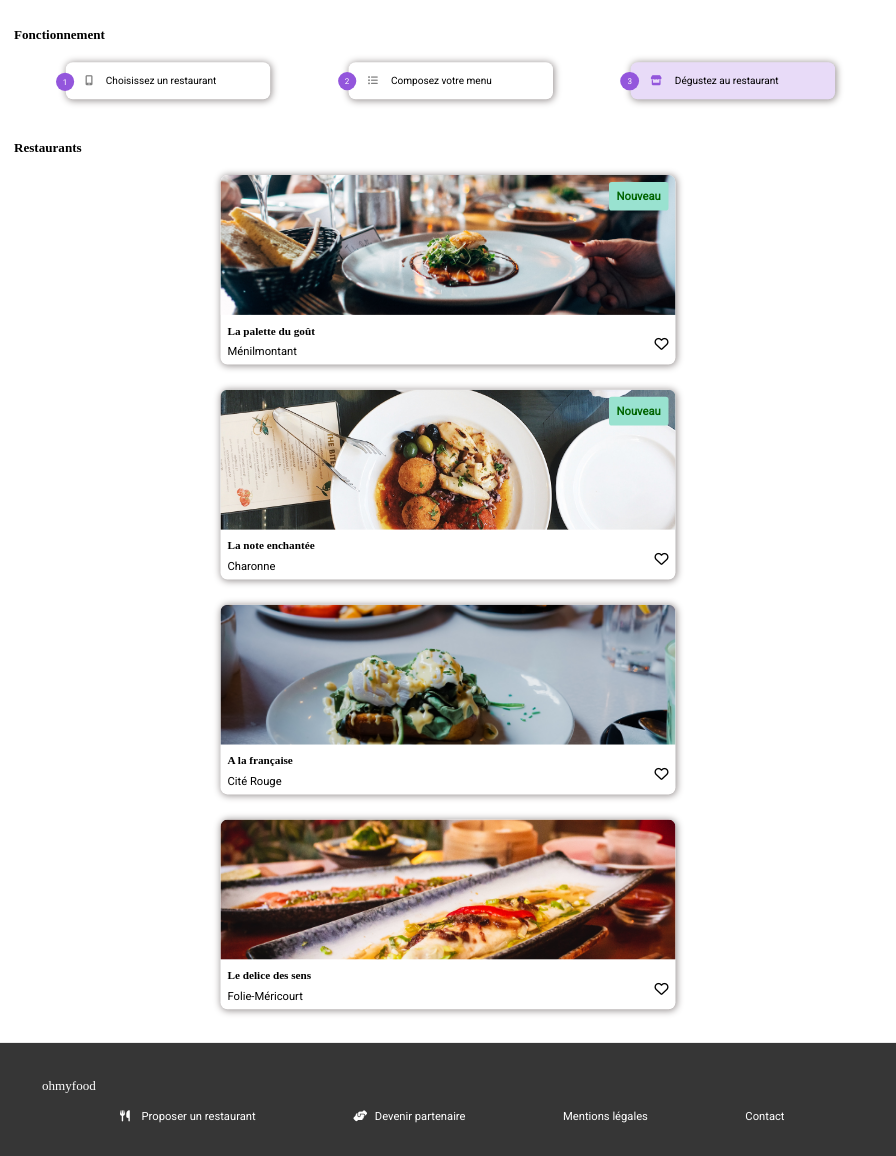
Repository: Micka-17/boimickael_3_16042021
Page: index.html
These files come from the project's save history. The page is drawn as it stood at one moment and after the next save; the edit follows.
The browser window is 1280 px wide. The pictures show the part of the page from y = 367 to 2287 px (the page is 2018 px tall before and 2618 px after), at 70% of full size.
Some web fonts or font styles are not loaded; a fallback is used. Some web libraries are served in a nearby version. The style sheet was rebuilt from its Sass, Less or Tailwind sources for each picture, by a compiler version that may differ from the author's.

Above is the page before, as saved 2021-05-26 10:10:07.

### index.html
<!DOCTYPE html>
<html lang="en">
  <head>
    <meta charset="UTF-8" />
    <meta http-equiv="X-UA-Compatible" content="IE=edge" />
    <meta name="viewport" content="width=device-width, initial-scale=1.0" />
    <link rel="stylesheet" href="css/style.css" />
    <script
      src="https://kit.fontawesome.com/7f2b024bdc.js"
      crossorigin="anonymous"
    ></script>
    <title>OhMyFood</title>
  </head>
  <body>
    <div id="backgroundloader">
      <div id="loader"></div>
    </div>
    <header>
      <div id="logo">
        <img src="images/logo/ohmyfood@2x.svg" alt="OhMyFood" />
      </div>
    </header>
    <section id="sec-1">
      <div id="top">
        <div id="paris">
          <p><i class="fas fa-map-marker-alt icon"></i> Paris, Belleville</p>
        </div>
        <div id="reservation">
          <h2 id="center-top1">Réservez le menu qui vous convient</h2>
          <p id="center-top2">
            Découvrez des restaurants d'exception, séléctionnés par nos soins.
          </p>
          <a id="btn" href="#sec-3">Explorer nos restaurants</a>
        </div>
      </div>
    </section>
    <section id="sec-2">
      <div class="fonctionnement">
        <h3 class="h3s">Fonctionnement</h3>
        <ul class="bolder">
          <li>
            <i class="fas fa-mobile-alt icon-top"></i> Choisissez un restaurant
            <p id="number1">1</p>
          </li>
          <li>
            <i class="fas fa-list-ul icon-top"></i> Composez votre menu
            <p id="number2">2</p>
          </li>
          <li id="li-3">
            <i class="fas fa-store icon-top-purple"></i> Dégustez au restaurant
            <p id="number3">3</p>
          </li>
        </ul>
      </div>
    </section>
    <section id="sec-3">
      <h3 class="h3s">Restaurants</h3>
      <div class="choice">
        <a href="pages/la_palette_du_gout.html">
          <div class="card">
            <p class="nouveau">Nouveau</p>
            <img
              id="new"
              class="imga"
              src="images/restaurants/la_palette_du_gout.jpg"
              alt="la_palette_du_gout"
            />
            <div class="resto">
              <div>
                <h4>La palette du goût</h4>
                <p class="space">Ménilmontant</p>
              </div>
              <div class="loveclcik">
                <i class="far fa-heart love fa-lg"></i>
                <i class="fas fa-heart loves3"></i>
              </div>
            </div>
          </div>
        </a>
        <a href="pages/la_note_enchantee.html">
          <div class="card">
            <p class="nouveau">Nouveau</p>
            <img
              class="imga"
              src="images/restaurants/la_note_enchantee.jpg"
              alt="la_note_enchantee"
            />
            <div class="resto">
              <div>
                <h4>La note enchantée</h4>
                <p class="space">Charonne</p>
              </div>
              <div class="loveclcik">
                <i class="far fa-heart love fa-lg"></i>
                <i class="fas fa-heart loves3"></i>
              </div>
            </div>
          </div>
        </a>
        <a href="pages/a_la_francaise.html">
          <div class="card">
            <img
              class="imga"
              src="images/restaurants/a_la_française.jpg"
              alt="a_la_française"
            />
            <div class="resto">
              <div>
                <h4>A la française</h4>
                <p class="space">Cité Rouge</p>
              </div>
              <div class="loveclcik">
                <i class="far fa-heart love fa-lg"></i>
                <i class="fas fa-heart loves3"></i>
              </div>
            </div>
          </div>
        </a>
        <a href="pages/le_delice_des_sens.html">
          <div class="card">
            <img
              class="imga"
              src="images/restaurants/le_delice_des_sens.jpg"
              alt="le_delice_des_sens"
            />
            <div class="resto">
              <div>
                <h4>Le delice des sens</h4>
                <p class="space">Folie-Méricourt</p>
              </div>
              <div class="loveclcik">
                <i class="far fa-heart love fa-lg"></i>
                <i class="fas fa-heart loves3"></i>
              </div>
            </div>
          </div>
        </a>
      </div>
    </section>
    <section class="end">
      <footer>
        <div>
          <h3 id="logo-white">ohmyfood</h3>
          <div class="end-ul">
            <p>
              <i class="fas fa-utensils icon-footer"></i> Proposer un restaurant
            </p>
            <p>
              <i class="fas fa-hands-helping icon-footer"></i> Devenir
              partenaire
            </p>
            <p>Mentions légales</p>
            <a id="contact" href="mailto:contact@ohmyfood.com"
              ><p>Contact</p></a
            >
          </div>
        </div>
      </footer>
    </section>
  </body>
</html>

### sass/style.scss
@import "./directories/Utils/variables-mixin";
@import "./directories/Base/main.scss";



ul {
    font-family: 'Roboto', sans-serif;
    font-size: 0.9em;
    @media (min-width: 430px) {
        max-width: 450px;
    }
        @media (min-width: 1000px) {
            display: flex;
            min-width: 100%;
            justify-content: space-evenly;
        }
}

/*#backgroundloader {
    position: absolute;
    top: 0;
    left: 0;
    background-color: $color3;
    min-width: 100%;
    height: 100vh;
    animation: loader2 3s;
    animation-fill-mode: both;
    animation-timing-function: step-end;
  }
#loader {
    position: absolute;
    height: 70px;
    top: 50%;
    right: 50%;
    bottom: 50%;
    left: 50%;
    width: 64px;
    height: 64px;
    border-radius: 50%;
    border: 6px solid rgb(255, 255, 255);
    border-color: $color1 transparent $color2 transparent;
    animation: dual-ring 0.8s infinite, loader 3s;
    animation-delay: 0.2s;
    animation-fill-mode: both;
  }
*/
#contact {
    color: white;
}

.spacediv p {
    font-family: 'Roboto', sans-serif;
    text-overflow: ellipsis;
    overflow: hidden;
    white-space: nowrap;
}

#logo {
    display: flex;
    justify-content: center;
    margin-top: 20px;
    margin-bottom: 10px;
}

#paris {
    display: flex;
    justify-content: center;
    border-top: solid 3px rgba(128, 128, 128, 0.301);
    min-width: 321px;
    padding-top: 10px;
    padding-bottom: 10px;
    background-color: rgba(128, 128, 128, 0.212);
        .icon {
            margin-right: 10px;
        }
}

#reservation {
    display: flex;
    justify-content: center;
    flex-direction: column;
    place-items: center;
    background-color: rgb(238, 234, 234);
    padding-bottom: 45px;
        #btn {
            @include btn();
                &:hover {
                    filter: brightness(1.10);
                    box-shadow: 0px 0px 10px 5px gray;
                }
        }
}

#center-top1 {
    text-align: center;
    margin-top: 20px;
    max-width: 350px;
}

#center-top2 {
    margin-top: 20px;
    margin-bottom: 20px;
    text-align: center;
    max-width: 350px;
}


.icon-top {
    color: gray;
    margin-right: 15px;
    margin-left: 10px;
}

.icon-top-purple {
    color: $color1;
    margin-right: 15px;
    margin-left: 10px;
}

#li-3 {
    background-color: #9256dc36;
}

li { position: relative;
    background-color: #ffffff;
    border-radius: 10px;
    padding: 18px;
    margin: 18px;
    margin-left: 25px;
    box-shadow: 1px 1px 10px 1px rgb(151, 145, 145);
    min-width: 20%;
        #number1 {
            position: absolute;
            top: 15px;
            left: -14px;
            background-color: $color1;
            border-radius: 50px;
            padding: 6px 10px;
            font-size: 0.8em;
            color: white;
        }
            #number2 {
                position: absolute;
                top: 14px;
                left: -15px;
                background-color: $color1;
                border-radius: 50px;
                padding: 6px 10px;
                font-size: 0.8em;
                color: white;
            }
                #number3 {
                    position: absolute;
                    top: 14px;
                    left: -15px;
                    background-color: $color1;
                    border-radius: 50px;
                    padding: 6px 10px;
                    font-size: 0.8em;
                    color: white;
                }
}
.space {
    margin-top: 10px;
    margin-bottom: 10px;
}
.card {
    background-color: #ffffff;
    border-radius: 10px;
    padding: 0px;
    margin: 18px;
    box-shadow: 1px 1px 10px 1px rgb(151, 145, 145);
    max-width: 100%;
}
.imga {
    object-fit: cover;
    border-radius: 10px 10px 0px 0px;
    width: 650px;
    height: 350px;
        @media (max-width:900px) {
            max-width: 100%;
        }
            @media (max-width:500px) {
                max-width: 100%;

            }
                @media (min-width:320px) {
                    max-height: 200px;

                }
}
.card {
    position: relative;
}
.nouveau {
    position: absolute;
    padding: 0.7rem;
    border-radius: 0.25rem;
    color: darkgreen;
    font-weight: bold;
    right: 10px;
    top: 10px;
    background-color: #99e2d0;
}

.h3s {
    margin: 40px 0px 10px 20px;

}

.choice {
    display: flex;
    flex-direction: column;
    place-items: center;
    flex-wrap: wrap;
        .resto {
            display: flex;
            justify-content: space-between;
            align-items: center;
            margin: 10px;
        }
            @media (min-width: 630px) {
                flex-wrap: wrap;
                flex-direction: row;
                justify-content: center;
            }
                @media (min-width: 1350px) {
                    display: grid;
                    grid-template-rows: 50% 50%;
                    grid-template-columns: 50% 50%;
                }
}


footer {
    margin-top: 30px;
    padding: 10px;
    background-color: rgb(54, 54, 54);
    color: white;
        #logo-white {
            font-family: 'Shrikhand', cursive;
            font-weight: 300;
            margin-bottom: 15px;
            margin-left: 20px;
            margin-top: 10px;
        }
            li {
                background-color: transparent;
                border-radius: 0;
                padding: 5px;
                margin-left: 20px;
                box-shadow: none;
                display: flex;
                margin-top: 5px;
                margin-bottom: 5px;
            }
                .icon-footer {
                    max-width: 2px;
                    max-height: 2px;
                    margin-right: 25px;
                }
                    @media (min-width:1000px) {
                        padding: 40px;
                    }
}


//pages 2

.img-top {
    min-width: 100%;
    max-height: 510px;
}

.arrow {
    position: absolute;
    left: 20px;
    top: 30px;
    color: rgba(0, 0, 0, 0.801);
}
#margtitle {
    margin-left: 15px;
    max-width: 220px;
}
img {
    object-fit: cover;
}
.titlemargall {
    margin-top: 30px;
    margin-left: 15px;
    border-bottom: solid rgba(55, 224, 55, 0.541);
    max-width: 30px;
}
#middle {
    position: absolute;
    top: 240px;
    min-width: 100%;
    min-height: 980px;
    background-color: rgb(231, 229, 229);
    border-radius: 20px 20px 0px 0;
    padding-top: 30px;
     .entrees {
        @include centre();
        @include capsule();
     }
        .bold {
            font-weight: bold;
            font-size: 1em;
        }
        .bolder {
            font-weight: bold;
            font-size: 0.6m;
                @media (min-width: 1000px) {
                    margin: 15px;
                }
        }
            p {
                font-size: 0.7em;
            }
                .loves1 {
                    position: absolute;
                    right: 15px;
                    color: gray
                }
}

.loves2 {
    display: none;
    opacity: 0;
    background: linear-gradient(0deg,#9356dc,#ff79da);
    background-clip: text;
    -webkit-background-clip: text;
    -moz-background-clip: text;
    -webkit-text-fill-color: transparent;
    position: absolute;
    right: 15px;
}
#margtitle:hover .loves2 {
    animation: fadeout;
    opacity: 1;
    animation-duration: .5s;
    display: inline-block;
    justify-content: center;
}

.loves3 {
    display: none;
    opacity: 0;
    background: linear-gradient(0deg,#9356dc,#ff79da);
    background-clip: text;
    -webkit-background-clip: text;
    -moz-background-clip: text;
    -webkit-text-fill-color: transparent;
    position: absolute;
    right: 9px;
    bottom: 18px;
}
.loveclcik:hover .loves3 {
    animation: fadeout2;
    opacity: 1;
    animation-duration: .5s;
    display: inline-block;
    justify-content: center;
    font-size: 1.5em;
}

#entrees {
    animation: slideup 1s;
    animation-duration: 1s;
}
#plats {
    animation: slideup 1s;
    animation-duration: 5s;
}
#desserts {
    animation: slideup 1s;
    animation-duration: 8s;
}


.entrees, .plats, .desserts {
    cursor: pointer;
        @media (max-width:321px) {
            width: 300px;
        }
        @media (max-width:378px) {
            max-width: 100%;
        }
        @media (max-width:414px) {
            max-width: 100%;
        }
        @media (min-width: 1000px) {
            min-width: 30%;
            min-height: 90px;
            width: 100%;
        }
}

.spacediv {
    width: 100%;
    overflow: hidden;
    @include spacediv();
        @media (min-width: 1000px) {
            justify-content: space-evenly;
        }
}
.plats {
    @include capsule();
    @include centre();
}
.desserts {
    @include capsule();
    @include centre();
}

.responsive {
    @media (min-width: 1000px) {
        display: flex;
        justify-content: center;
    }
}

.responsive-entrees {
    @media (min-width: 1000px) {
        display: flex;
        justify-content: center;
        flex-wrap: wrap;
    }
}

#btnp2 {
    @include btn();
    margin-top: 40px;
        &:hover {
            filter: brightness(1.10);
            box-shadow: 0px 0px 10px 5px gray;
        }
         @media (min-width: 1000px) {
            margin-top: 150px;
         }
}

#placement-btn {
    display: flex;
    justify-content: center;
    place-items: center;
}

.end1 {
    position: absolute;
    top: 1151px;
    min-width: 100%;
}

.end {
    position: absolute;
    min-width: 100%;
}

.end-ul {
        @media (min-width: 430px) {
        max-width: 450px;
    }
        @media (min-width: 1000px) {
            display: flex;
            min-width: 100%;
            flex-direction: row;
            justify-content: space-evenly;
        }
}

.end-ul p {
    margin: 8px;
    margin-left: 20px;
}

//page la note enchantee

 .align-price{
    display: flex;
    align-items: flex-end;
    margin-bottom: 8px;
    margin-right: 8px;
}

.check {
    width: 0px;
    transition-duration: 1s;
    font-size: 1.5em;
     & i {
        display: none;
        place-items: center;
        color: white;
     }
}

.entrees:hover .check {
    width: 90px;
    height: 51px;
    background-color: $color3;
    display: flex;
    justify-content: center;
    border-radius: 0 20% 20% 0;
        @media (max-width: 1000px) {
            width: 65px;
        }
            & .rotation {
                display: flex;
                place-items: center;
            }
                & .rond {
                    display: flex;
                    place-items: center;
                    transform-origin: center;
                    animation: spin;
                    animation-duration: 1s;
                }
                    @media (min-width: 1000px) {
                        height: 90px;
                        border-radius: 0 10% 10% 0;
                    }
}


.plats:hover .check {
    width: 90px;
    height: 51px;
    background-color: $color3;
    display: flex;
    justify-content: center;
    border-radius: 0 20% 20% 0;
        @media (max-width: 1000px) {
            width: 65px;
        }
            & .rotation {
                display: flex;
                place-items: center;
            }
                & .rond {
                    display: flex;
                    place-items: center;
                    transform-origin: center;
                    animation: spin;
                    animation-duration: 1s;
                }
                    @media (min-width: 1000px) {
                        height: 90px;
                        border-radius: 0 10% 10% 0;
                    }
}

.desserts:hover .check {
    width: 90px;
    height: 51px;
    background-color: $color3;
    display: flex;
    justify-content: center;
    border-radius: 0 20% 20% 0;
        @media (max-width: 1000px) {
            width: 65px;
        }
            & .rotation {
                display: flex;
                place-items: center;
            }
                & .rond {
                    display: flex;
                    place-items: center;
                    transform-origin: center;
                    animation: spin;
                    animation-duration: 1s;
                }
                    @media (min-width: 1000px) {
                        height: 90px;
                        border-radius: 0 10% 10% 0;
                    }
}

### sass/directories/Utils/_variables-mixin.scss
$color1: #9356DC;
$color2: #FF79DA;
$color3: #99E2D0;

@mixin centre {
    display: flex;
    justify-content: space-between;
}

@mixin capsule {
    background-color: whitesmoke;
    border-radius: 10px;
    box-shadow: 1px 1px 10px 1px rgb(226, 226, 226);
    margin: 10px;
    overflow: hidden;
}
 @mixin spacediv {
    min-height: 35px;
    display: flex;
    flex-direction: column;
    justify-content: space-between;
    padding: 8px;
 }
@mixin btn {
    background: linear-gradient($color2, $color1);
    border-radius: 50px;
    border: none;
    box-shadow: gray;
    color: white;
    font-weight: bold;
    max-width: 200px;
    min-width: 200px;
    margin-top: 15px;
    padding: 15px 10px;
    text-align: center;
    text-decoration: none
}

@keyframes fadein {
    from {
        transform: scaleX(0);
    }

    to {
        transform: scaleX(1);
    }
}

@keyframes fadeout {
    from {
        transform: scaleY(0);
    }

    to {
        transform: scaleY(1);
    }
}
@keyframes fadeout2 {
    from {
        transform: scale(0);
    }

    to {
        transform: scale(1.5);
    }
}

@keyframes spin {
    from {
        transform: rotate(0deg);
    } to {
        transform: rotate(360deg);
    }
}

@keyframes slideup {
    from {
        transform: translateY(50px);
        opacity: 0;
    }
    to {
        transform: translateY(0px);
        opacity: 1;
    }
}


 @keyframes dual-ring {
    0% {
      transform: rotate(0deg);
      opacity: 100%;
    }
    50% {
        transform: rotate(180deg);
        opacity: 10%;
      }
    100% {
      transform: rotate(360deg);
      opacity: 100%;
    }
  }

@keyframes loader {
    0% {
    opacity: 100%;
    }
    99% {
        opacity: 100%;
    }
    100% {
        opacity: 100%;
    }
}

@keyframes loader2 {
    0% {
    opacity: 100%;
    z-index: 9999;
    }
    99% {
        opacity: 0;
        z-index: -1000;
    }
    100% {
        opacity: 0;
        z-index: -1000;
    }
}

### sass/directories/Base/main.scss
@import url('https://fonts.googleapis.com/css2?family=Roboto&family=Shrikhand&display=swap');

* {
    margin: 0;
    padding: 0;
    text-decoration: none;
    list-style-type: none;
}
#margtitle {
    font-family: Shrikhand;
    font-weight: 100;
    font-size: 1.2em;
}
p {
    font-family: 'Roboto', sans-serif;
}
a {
    text-decoration: none;
    list-style: none;
    color: rgb(0, 0, 0);
}

After the next save:
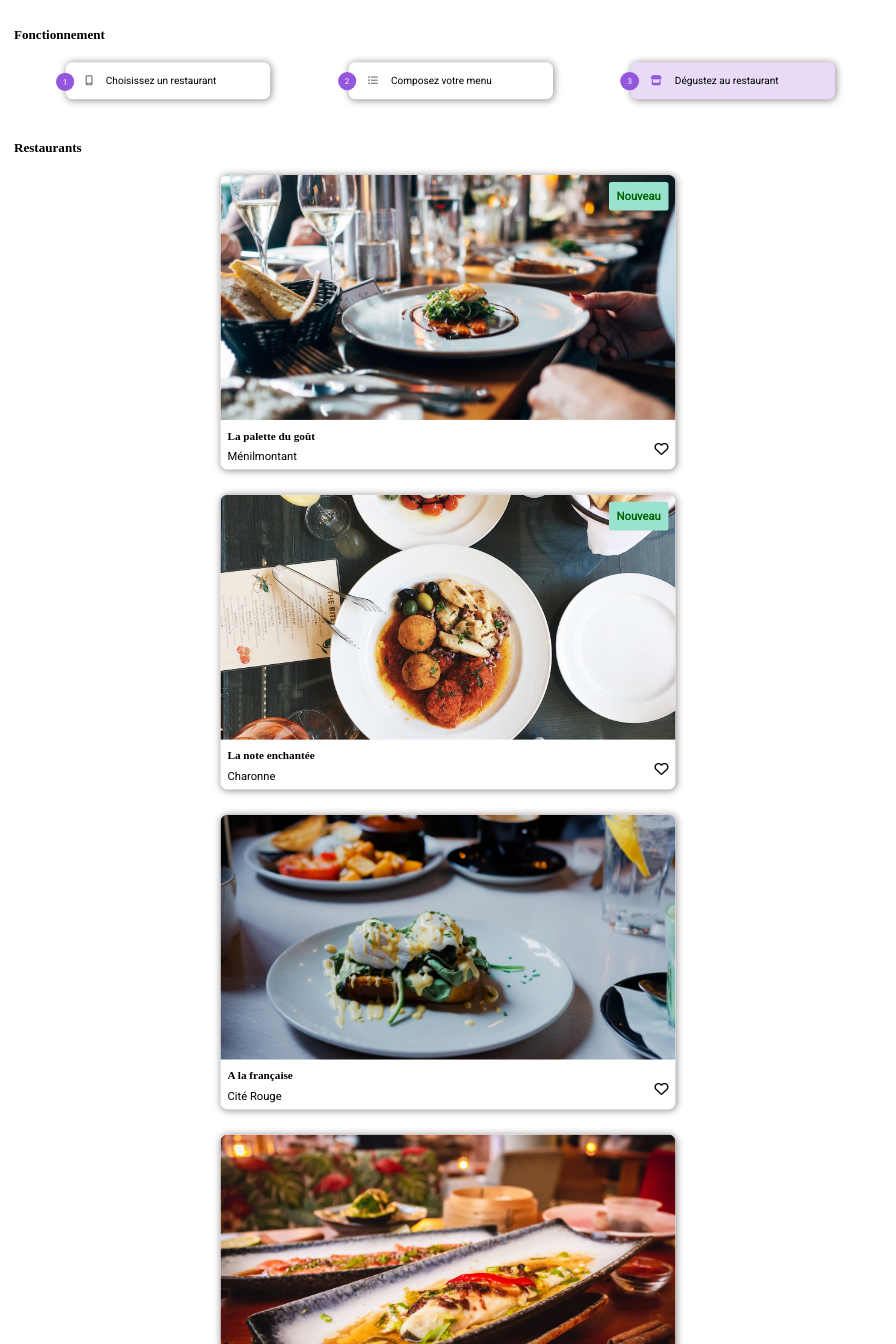
Saved 30 s later.
--- a/sass/style.scss
+++ b/sass/style.scss
@@ -185,7 +185,7 @@ li { position: relative;
 
             }
                 @media (min-width:320px) {
-                    max-height: 200px;
+                    max-height: 100%;
 
                 }
 }
